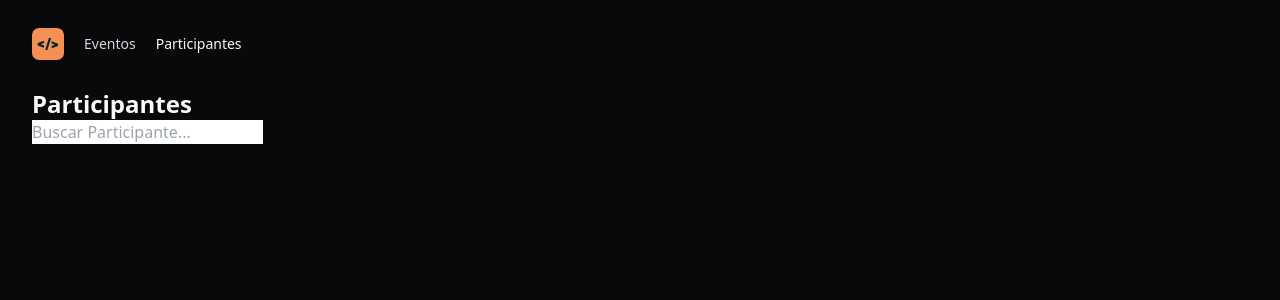
Repository: guilhermecardoso93/nlw-unite-react-2024
Page: /
These files come from the project's save history. The page is drawn as it stood at one moment and after the next save; the edit follows.
The browser window is 1280 px wide. The pictures show the whole page.
The project was rebuilt for these pictures with package versions that can differ from the ones it lists, and the page was loaded fresh each time. Also part of the build but not shown: vite.config.ts.

Above is the page before, as saved 2024-04-01 21:13:45.

### src/App.tsx
import { Header } from "./components/header";
import { AttendeeList } from "./components/attendee-list";

export function App() {

  return (
    <div className="max-w-[1216px] mx-auto py-5 flex flex-col gap-5">
      <Header />
      <AttendeeList />
    </div>
  )
}

### src/components/header.tsx
import Logo from "../assets/nlw-unite-icon.svg";

export function Header() {
  return (
    <div className="flex items-center gap-5 py-2">
      <img src={Logo} alt="logo" />

      <nav className="flex items-center gap-5">
        <a href="" className="font-medium text-sm text-zinc-300">Eventos</a>
        <a href="" className="font-medium text-sm">Participantes</a>
      </nav>
    </div>
  );
}

### src/components/attendee-list.tsx
export function AttendeeList() {
  return (
    <div>
      <h1 className="text-2xl font-bold">Participantes</h1>
      <input placeholder="Buscar Participante..."/>
    </div>
  );
}

### tailwind.config.js
/** @type {import('tailwindcss').Config} */
export default {
  content: [
    "./index.html",
    "./src/**/*.{js,ts,jsx,tsx}"
  ],
  theme: {
    extend: {},
  },
  plugins: [
    //require('@tailwindcss/forms')
  ],
}

Loaded but not shown: index.html (common file); src/main.tsx (common file); src/index.css (common file)

After the next save:
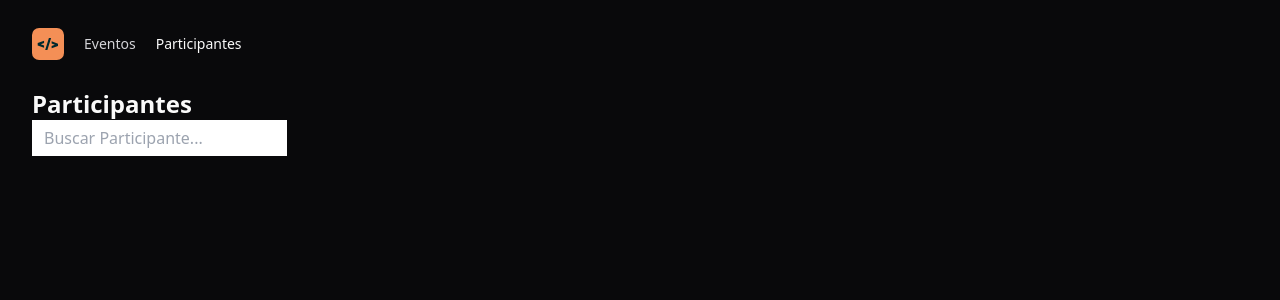
Saved 20 s later.
--- a/src/components/attendee-list.tsx
+++ b/src/components/attendee-list.tsx
@@ -2,7 +2,7 @@ export function AttendeeList() {
   return (
     <div>
       <h1 className="text-2xl font-bold">Participantes</h1>
-      <input placeholder="Buscar Participante..."/>
+      <input placeholder="Buscar Participante..." className="px-3 py-1.5"/>
     </div>
   );
 }
